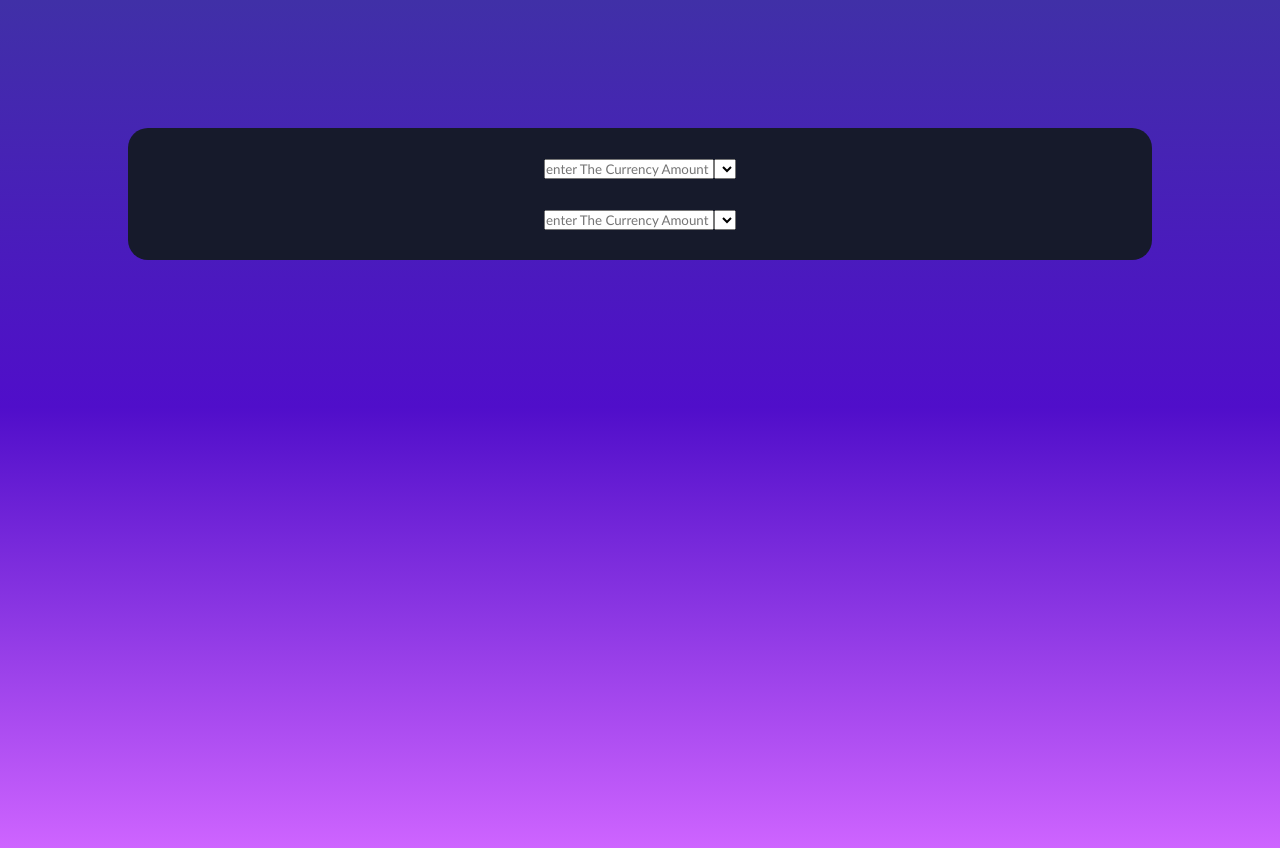
Repository: KamalEssam/currency-converter-react-app
Page: /
The author's editor kept a copy of each file at every save. The page is drawn from the files as they stood at one save, then again after the next save.
The browser window is 1280 px wide. The pictures show the whole page.
The page's requests for data from a server got no answer. The project was rebuilt for these pictures with package versions that can differ from the ones it lists, and the page was loaded fresh each time. No one was signed in, and anything a server would have sent is missing.

Above is the page before, as saved 2021-12-22 00:46:38.

### src/App.js
import './App.css';
import Currency from './Components/Currency';

function App() {
  return (
    <div className="App">
     <Currency />
    </div>
  );
}

export default App;

### src/App.css
* {
  box-sizing: border-box;
  margin: 0;
  padding: 0;
  font-family: 'Trebuchet MS', 'Lucida Sans Unicode', 'Lucida Grande',
    'Lucida Sans', Arial, sans-serif;
}
body{
  background: linear-gradient(
    180deg,
    rgb(64, 48, 167) 0%,
    rgb(80, 14, 202) 48%,
    rgb(206, 100, 255) 100%
  );
}

.App{
  height: 100vh;
}
/* .currency-app {
  display: flex;
  flex-direction: column;
  justify-content: start ;
  width: 520px;
  min-height: 600px;
  background: #161a2b;
  text-align: center;
  margin: 128px auto;
  border-radius: 10px;
  padding-bottom: 32px;
} */
.currency-app {
  display: flex;
  flex-direction: column;
  justify-content: start ;
  text-align: center;
  background: #161a2b;
  margin:128px 128px 10px 128px ;
  border-radius: 20px;

}
.currency-form-group{
  margin: 30px;
}

### src/Components/Currency.js
import React from 'react'
import CurrencyForm from './CurrencyForm'
import CurrencyList from './CurrencyList'
export default function Currency() {
    return (
        <div className='currency-app'>
            <CurrencyForm />
            <CurrencyList />
        </div>
    )
}

### src/Components/CurrencyForm.js
import React from 'react'

export default function Currency() {
    return (
        <div>

        </div>
    )
}

### src/Components/CurrencyList.js
import React, { useEffect, useState } from 'react'
import Axios from 'axios';
import './currency.css'
export default function Currency() {
    //api_key = 3f721942cddb3b199905f3aea4bb647d
    const [currenciesList, setCurrenciesList] = useState([]);
    useEffect(() => {
        Axios
            .get('http://api.currencylayer.com/list?access_key=3f721942cddb3b199905f3aea4bb647d')
            .then(res => {
                setCurrenciesList([res.data, ...Object.keys(res.data.currencies)]);
                // console.log(res.data)
            }).catch(error => console.log(error))

    }, [])

    return (
        <div className='currency-form-container'>
            <form className='currency-form'>
                <div className='currency-form-group'>
                    <div>
                        <input className='fr-currency' placeholder='enter The Currency Amount' />
                        <select className='select-fr-currency' >
                            {currenciesList.slice(1).map(currency => {
                                return (
                                    <option key={currency} value={currency}> {currency} </option>
                                );
                            })}
                            {/* <option key={Math.floor(Math.random()*1000000)} value={currency}> currency </option> */}
                        </select>
                    </div>
                </div>
                <div className='currency-form-group'>
                    <input className='sec-currency' placeholder='enter The Currency Amount' />
                    <select className='select-sec-currency' >
                        {currenciesList.slice(1).map(currency => {
                            return (
                                <option key={currency} value={currency}> {currency} </option>
                            );
                        })}
                        {/* <option key={Math.floor(Math.random()*1000000)} value={currency}> currency </option> */}
                    </select>
                </div>
            </form>
        </div>
    )
}

### src/Components/currency.css
.fr-currency{

}

Loaded but not shown: public/index.html (common file); src/index.js (common file); src/index.css (common file)

After the next save:
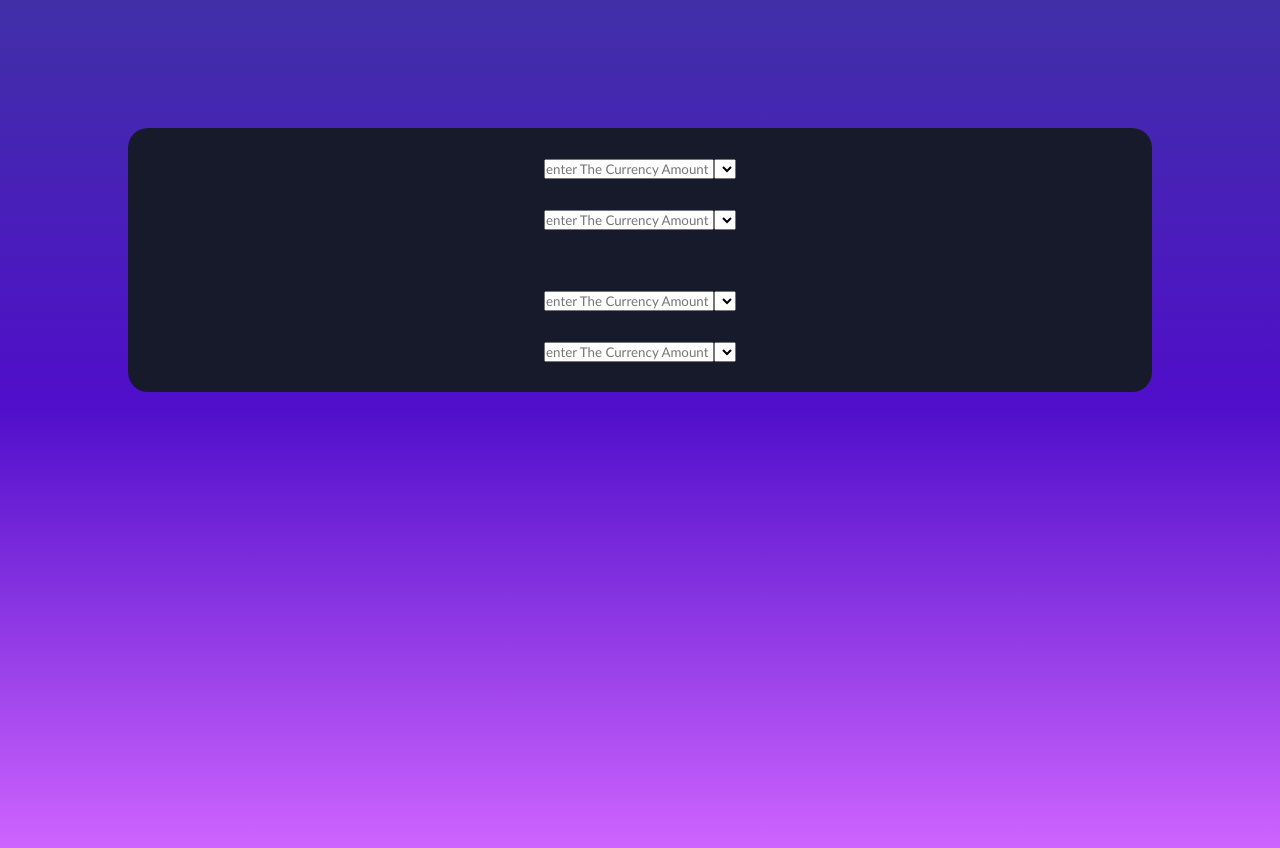
Saved 2 min 17 s later.
--- a/src/Components/CurrencyForm.js
+++ b/src/Components/CurrencyForm.js
@@ -1,9 +1,47 @@
-import React from 'react'
+import React, { useEffect, useState } from 'react'
+import Axios from 'axios';
+import './currency.css'
+export default function Currency() {
+    //api_key = 3f721942cddb3b199905f3aea4bb647d
+    const [currenciesList, setCurrenciesList] = useState([]);
+    useEffect(() => {
+        Axios
+            .get('http://api.currencylayer.com/list?access_key=3f721942cddb3b199905f3aea4bb647d')
+            .then(res => {
+                setCurrenciesList([res.data, ...Object.keys(res.data.currencies)]);
+                // console.log(res.data)
+            }).catch(error => console.log(error))
 
-export default function Currency() {
+    }, [])
+
     return (
-        <div>
-
+        <div className='currency-form-container'>
+            <form className='currency-form'>
+                <div className='currency-form-group'>
+                    <div>
+                        <input className='fr-currency' placeholder='enter The Currency Amount' />
+                        <select className='select-fr-currency' >
+                            {currenciesList.slice(1).map(currency => {
+                                return (
+                                    <option key={currency} value={currency}> {currency} </option>
+                                );
+                            })}
+                            {/* <option key={Math.floor(Math.random()*1000000)} value={currency}> currency </option> */}
+                        </select>
+                    </div>
+                </div>
+                <div className='currency-form-group'>
+                    <input className='sec-currency' placeholder='enter The Currency Amount' />
+                    <select className='select-sec-currency' >
+                        {currenciesList.slice(1).map(currency => {
+                            return (
+                                <option key={currency} value={currency}> {currency} </option>
+                            );
+                        })}
+                        {/* <option key={Math.floor(Math.random()*1000000)} value={currency}> currency </option> */}
+                    </select>
+                </div>
+            </form>
         </div>
     )
 }

After the save that followed:
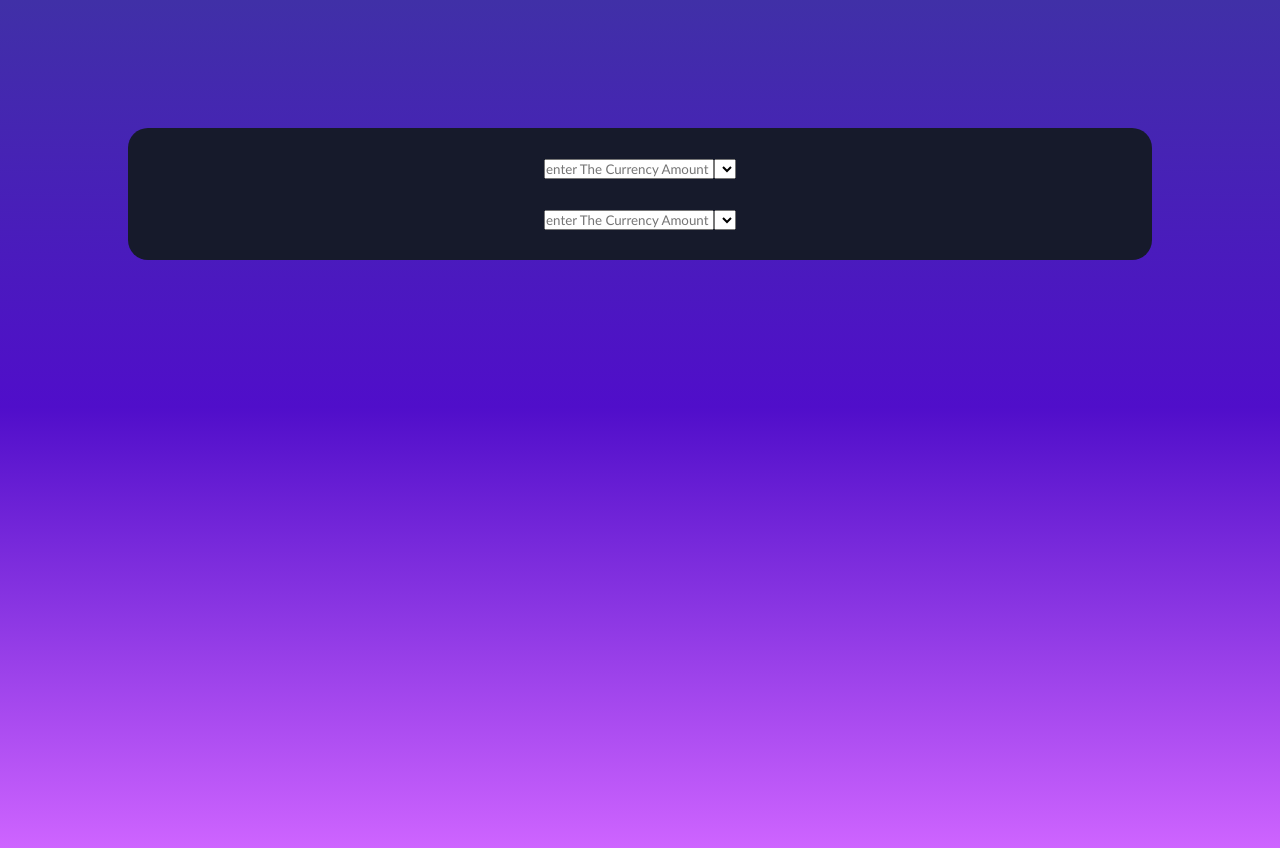
Saved 43 s later.
--- a/src/Components/CurrencyForm.js
+++ b/src/Components/CurrencyForm.js
@@ -16,32 +16,7 @@
 
     return (
         <div className='currency-form-container'>
-            <form className='currency-form'>
-                <div className='currency-form-group'>
-                    <div>
-                        <input className='fr-currency' placeholder='enter The Currency Amount' />
-                        <select className='select-fr-currency' >
-                            {currenciesList.slice(1).map(currency => {
-                                return (
-                                    <option key={currency} value={currency}> {currency} </option>
-                                );
-                            })}
-                            {/* <option key={Math.floor(Math.random()*1000000)} value={currency}> currency </option> */}
-                        </select>
-                    </div>
-                </div>
-                <div className='currency-form-group'>
-                    <input className='sec-currency' placeholder='enter The Currency Amount' />
-                    <select className='select-sec-currency' >
-                        {currenciesList.slice(1).map(currency => {
-                            return (
-                                <option key={currency} value={currency}> {currency} </option>
-                            );
-                        })}
-                        {/* <option key={Math.floor(Math.random()*1000000)} value={currency}> currency </option> */}
-                    </select>
-                </div>
-            </form>
+
         </div>
     )
 }
